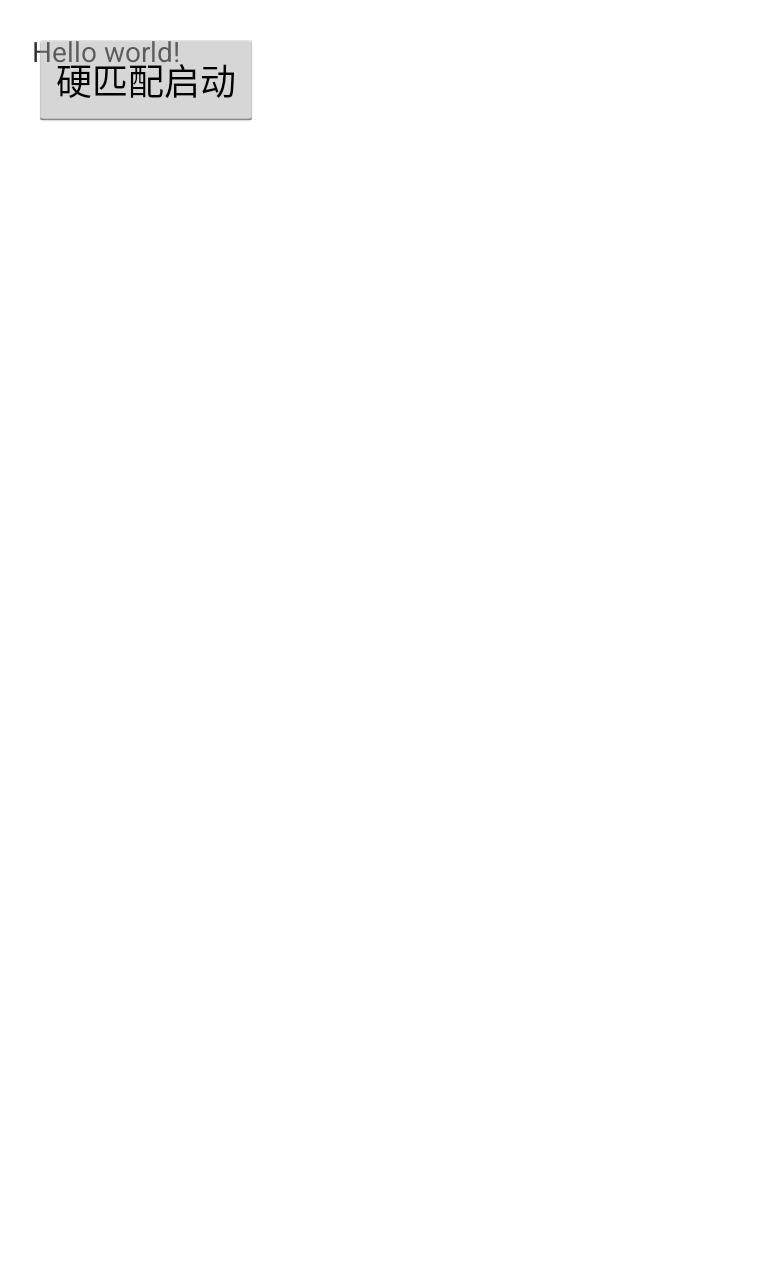
Repository: libelosophy/anjoyo
Layout: workspace/AndroidIntentDemo/res/layout/activity_main.xml
An editor plug-in stored every save of this project. The layout is shown before and after the next save, followed by the edit.
It is drawn on a 768 x 1280 px phone screen (xhdpi) without system bars, with theme AppTheme; the app's code is not run.

Above is the layout before, as saved 2013-09-10 08:42:22.

### workspace/AndroidIntentDemo/res/layout/activity_main.xml
<RelativeLayout xmlns:android="http://schemas.android.com/apk/res/android"
    xmlns:tools="http://schemas.android.com/tools"
    android:layout_width="match_parent"
    android:layout_height="match_parent"
    android:paddingBottom="@dimen/activity_vertical_margin"
    android:paddingLeft="@dimen/activity_horizontal_margin"
    android:paddingRight="@dimen/activity_horizontal_margin"
    android:paddingTop="@dimen/activity_vertical_margin"
    tools:context=".Main" >

    <TextView
        android:layout_width="wrap_content"
        android:layout_height="wrap_content"
        android:text="@string/hello_world" />

    <Button
        android:id="@+id/start_second_Btn"
        android:layout_width="wrap_content"
        android:layout_height="wrap_content"
        android:text="@string/start_second"
        />"

</RelativeLayout>

### workspace/AndroidIntentDemo/res/values/strings.xml
<?xml version="1.0" encoding="utf-8"?>
<resources>

    <string name="app_name">AndroidIntentDemo</string>
    <string name="action_settings">Settings</string>
    <string name="hello_world">Hello world!</string>
    <string name="title_activity_second">SecondActivity</string>

    <string name="info">SecondActivity</string>
    <string name="start_second">硬匹配启动</string>

</resources>

Loaded but not shown: workspace/AndroidIntentDemo/res/values/styles.xml (common file); workspace/AndroidIntentDemo/res/values-v11/styles.xml (common file); workspace/AndroidIntentDemo/res/values-v14/styles.xml (common file); workspace/AndroidIntentDemo/res/values/dimens.xml (common file)

After the next save:
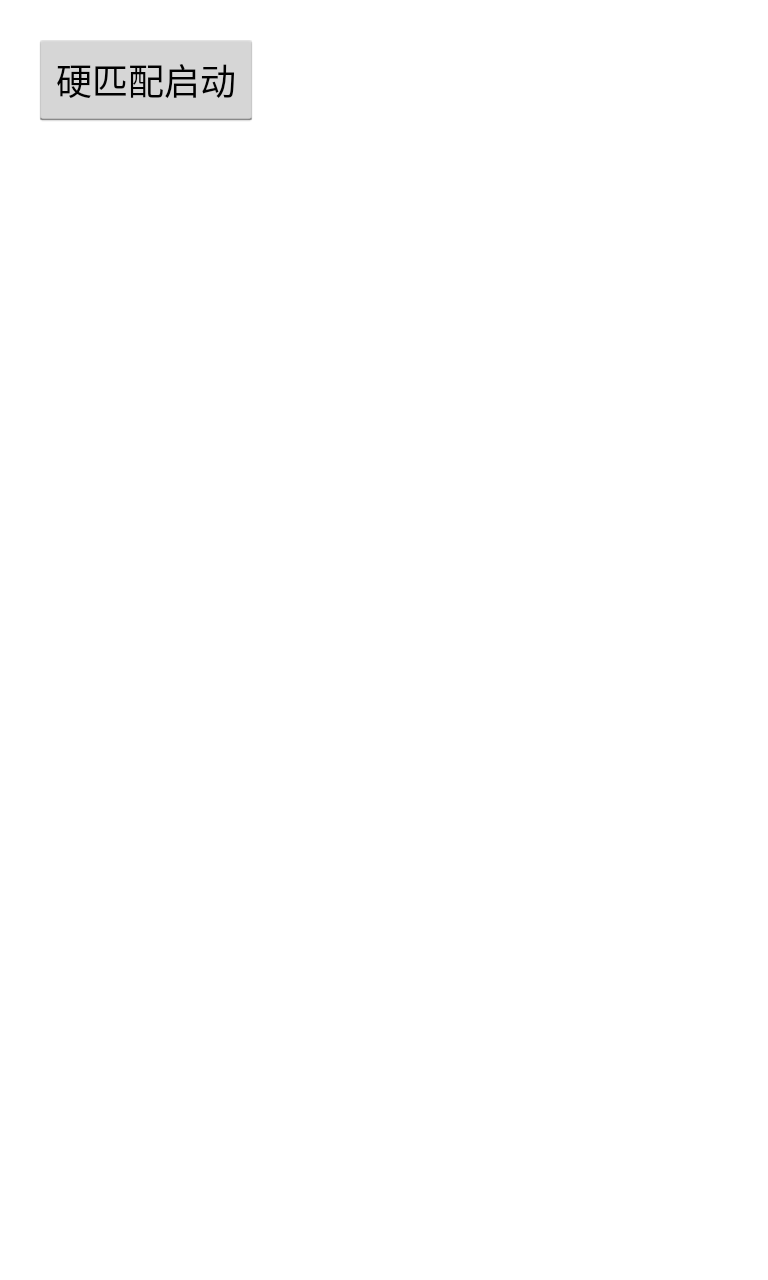
Saved 38 min 0 s later.
--- a/workspace/AndroidIntentDemo/res/layout/activity_main.xml
+++ b/workspace/AndroidIntentDemo/res/layout/activity_main.xml
@@ -8,16 +8,16 @@
     android:paddingTop="@dimen/activity_vertical_margin"
     tools:context=".Main" >
 
-    <TextView
-        android:layout_width="wrap_content"
-        android:layout_height="wrap_content"
-        android:text="@string/hello_world" />
-
     <Button
         android:id="@+id/start_second_Btn"
         android:layout_width="wrap_content"
         android:layout_height="wrap_content"
+        android:layout_alignParentLeft="true"
+        android:layout_alignParentTop="true"
         android:text="@string/start_second"
-        />"
+        android:onClick="startSecond"
+        />
+
+"
 
 </RelativeLayout>
